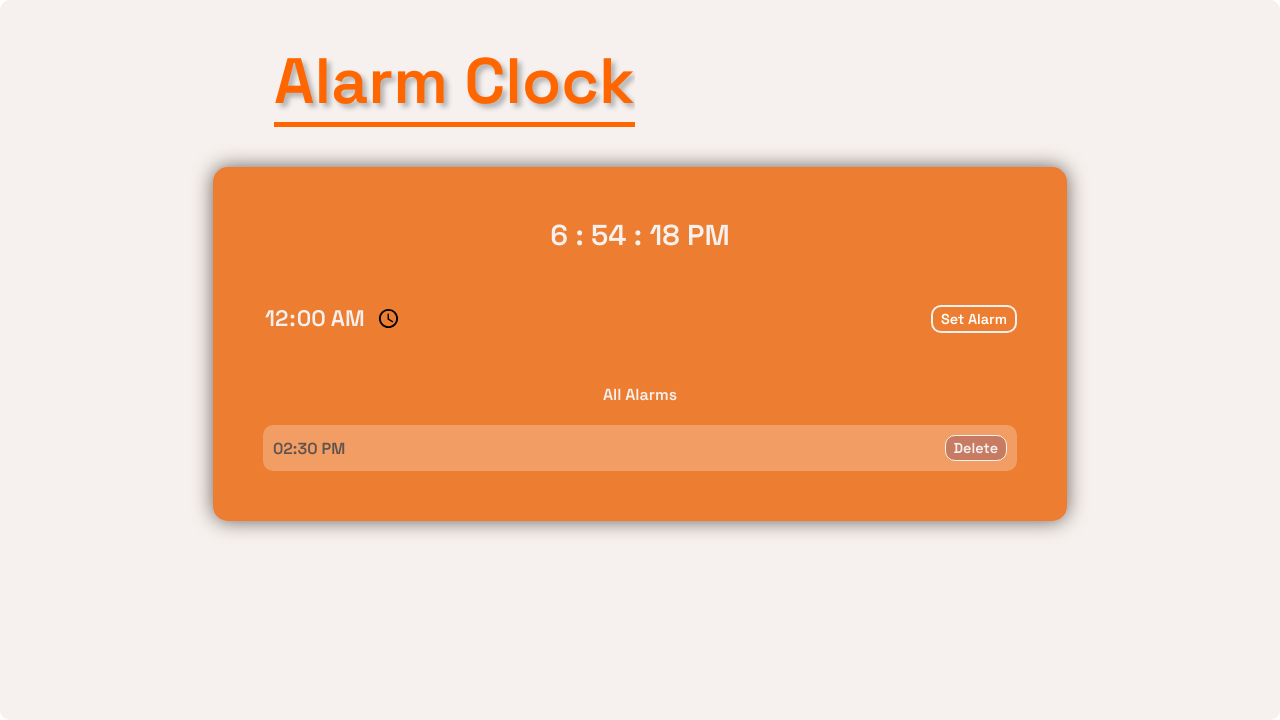
Repository: Pragya016/Alarm-Clock
Page: Index.html
An editor plug-in stored every save of this project. The page is shown before and after a run of saves, followed by the edit.
The browser window is 1280 px wide. The pictures show the whole page.

Above is the page before, as saved 2024-01-19 22:32:51.

After the next 2 saves:
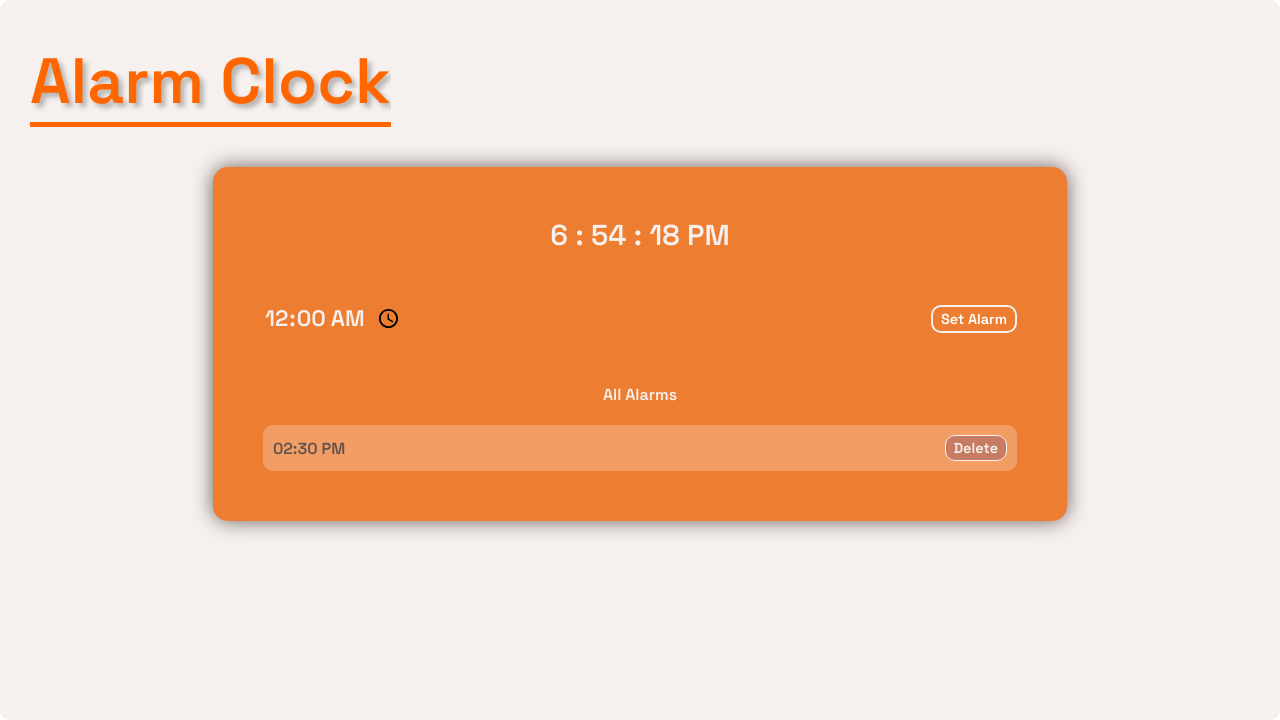
The 2 saves are shown as one change because they came seconds apart.
The last was saved 10 s later.
--- a/styles.css
+++ b/styles.css
@@ -36,8 +36,6 @@ font-family: 'Space Grotesk', sans-serif;
     color: var(--orangeShadeDark);
     text-align: center;
     margin-top: 10px;
-    position: relative;
-    left: 20%;
     width: fit-content;
     font: 900;
     border-bottom: 5px solid var(--orangeShadeDark);
